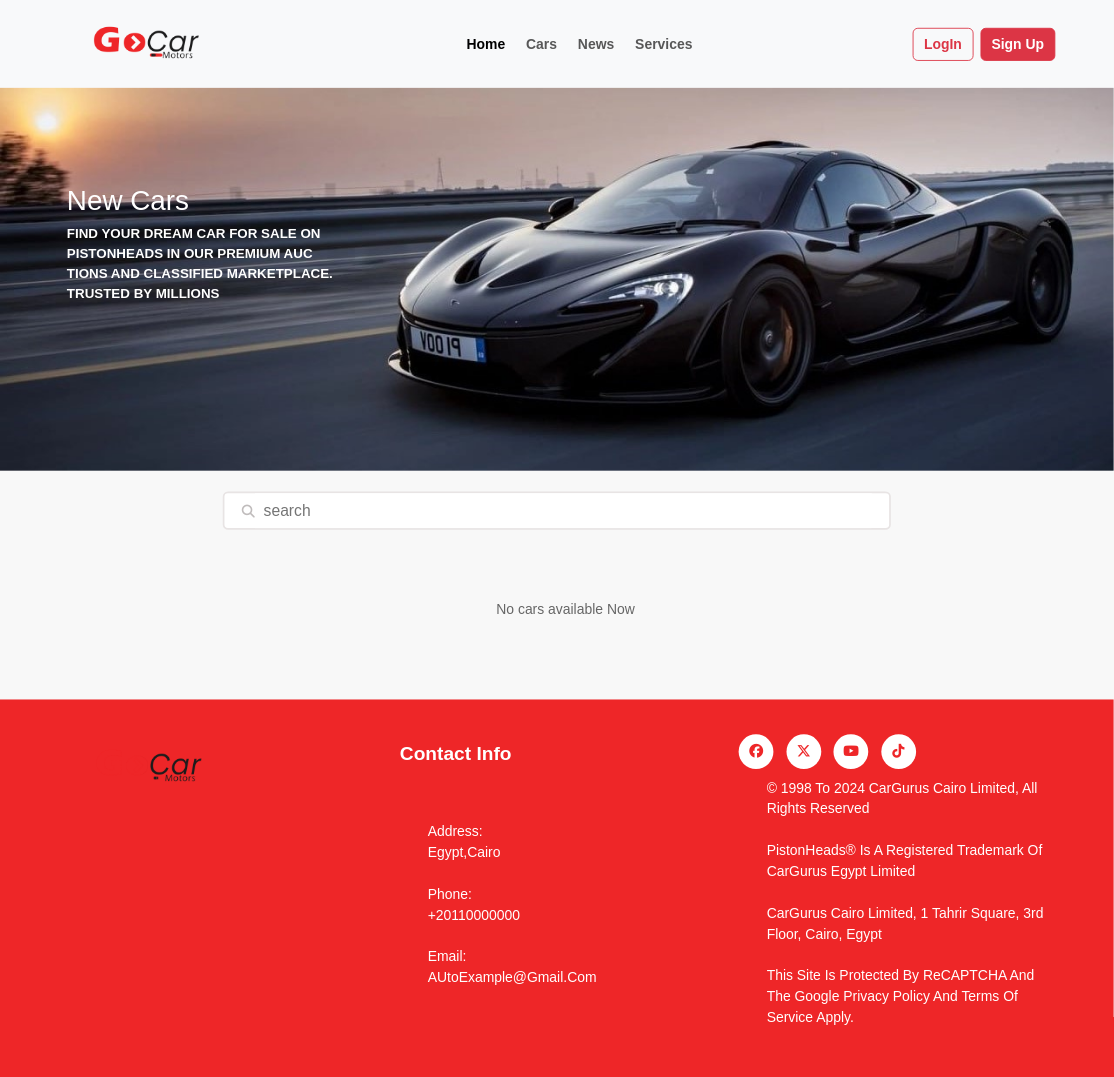
Repository: Salah-Wael/cars
Page: http://localhost/cars
These files come from the project's save history. The page is drawn as it stood at one moment and after a run of saves; the edit follows.
The browser window is 1280 px wide. The pictures show the whole page, at 87% of full size.
Some web fonts or font styles are not loaded; a fallback is used. Some web libraries are served in a nearby version. The page is served by the project's Laravel application, run on PHP 8.4 with Laravel 10. Other server files are loaded and not shown. Queries for data that is not in the repository find no rows.

Above is the page before, as saved 2024-10-14 03:21:03.

### routes/web.php
<?php

use Illuminate\Support\Facades\Route;
use App\Http\Controllers\CarController;
use App\Http\Controllers\TagController;
use App\Http\Controllers\NewsController;
use App\Http\Controllers\ProfileController;
use App\Http\Controllers\CarImagesController;

/*
|--------------------------------------------------------------------------
| Web Routes
|--------------------------------------------------------------------------
|
| Here is where you can register web routes for your application. These
| routes are loaded by the RouteServiceProvider and all of them will
| be assigned to the "web" middleware group. Make something great!
|
*/

Route::get('/', function () {
    return view('dashboard');
})->name('dashboard');

Route::middleware('auth')->group(function () {
    Route::get('/profile', [ProfileController::class, 'edit'])->name('profile.edit');
    Route::patch('/profile', [ProfileController::class, 'update'])->name('profile.update');
    Route::delete('/profile', [ProfileController::class, 'destroy'])->name('profile.destroy');
});

require __DIR__.'/auth.php';

Route::view('/error-404','error.404')->name('error.404');
Route::view('/error-401','error.401')->name('error.401');

Route::view('/services', 'services')->name('services');

Route::prefix('news')->controller(NewsController::class)->group(function () {
    Route::get('/create', 'create')->name('news.create')->middleware('checkrole:admin');
    Route::post('/store', 'store')->name('news.store')->middleware('checkrole:admin');
    Route::get('/{newsId}', 'show')->name('news.show');
    Route::get('/{search?}', 'index')->name('news.index')->middleware('checkrole:admin,user');
    Route::get('/{newsId}/edit', 'edit')->name('news.edit')->middleware('checkrole:admin');
    Route::put('/{newsId}', 'update')->name('news.update')->middleware('checkrole:admin');
    Route::delete('/news/{newsId}/delete', 'delete')->name('news.delete')->middleware('checkrole:admin');
});

Route::controller(CarController::class)->group(function () {
    Route::get('/car/create', 'create')->name('car.create')->middleware('checkrole:admin,user');
    Route::get('/cars', 'index')->name('car.index');
    Route::get('/cars/requests', 'carsRequests')->name('car.table')->middleware('checkrole:admin');

    Route::post('/car/store', 'store')->name('car.store')->middleware('checkrole:admin,user');
    Route::get('/car/{id}', 'show')->name('car.show');
    Route::get('/car/{id}/edit', 'edit')->name('car.edit')->middleware('checkrole:admin,user');
    Route::put('/car/{id}', 'update')->name('car.update')->middleware('checkrole:admin,user');

    Route::get('/car/{id}/archive', 'softDelete')->name('car.soft-delete')->middleware('checkrole:admin');
    Route::delete('/car/{id}/delete', 'forceDelete')->name('car.force-delete')->middleware('checkrole:admin,user');
    Route::get('/car/restore/{id}', 'restore')->name('car.restore')->middleware('checkrole:admin');
    Route::get('/cars/archived', 'getAllArchivedCars')->name('car.archived')->middleware('checkrole:admin');
});

Route::prefix('tags')->controller(TagController::class)->middleware('checkrole:admin')->group(function () {
    Route::get('/create', 'create')->name('tag.create');
    Route::post('/store', 'store')->name('tag.store');
    Route::get('/', 'index')->name('tag.index');
    Route::get('/{tag}/edit', 'edit')->name('tag.edit');
    Route::put('/{tagId}', 'update')->name('tag.update');
    Route::delete('/{tagId}/delete', 'delete')->name('tag.delete');
});

Route::controller(CarImagesController::class)->prefix('/car')->name('car.')->group(function () {
    Route::get('/{carId}/images', 'showCarImages')->name('show.images')->middleware('checkrole:admin,user');
    Route::post('/{carId}/store/images', 'storeImages')->name('store.images')->middleware('checkrole:admin,user');
    Route::delete('/image/{imageId}/delete', 'deleteImage')->name('delete.image')->middleware('checkrole:admin,user');
});

### app/Models/Car.php
<?php

namespace App\Models;

use App\Models\CarImage;
use Illuminate\Database\Eloquent\Model;
use Illuminate\Database\Eloquent\SoftDeletes;
use Illuminate\Database\Eloquent\Factories\HasFactory;

class Car extends Model
{
    use HasFactory, SoftDeletes;

    protected $guarded = [
        'id'
    ];

    public function images()
    {
        return $this->hasMany(CarImage::class, 'car_id', 'id');
    }
}

### resources/views/layouts/app.blade.php
<!DOCTYPE html>
<html lang="en">

<head>
    <meta charset="UTF-8">
    <meta name="viewport" content="width=device-width, initial-scale=1.0">
    <meta http-equiv="X-UA-Compatible" content="ie=edge">
    <!-- CSRF Token -->
    <meta name="csrf-token" content="{{ csrf_token() }}">

    <!-- title -->
    <title>Cars - @yield('title', 'Home')</title>
    <link rel="stylesheet" href="https://cdnjs.cloudflare.com/ajax/libs/font-awesome/6.0.0-beta3/css/all.min.css">
    <link rel="stylesheet" href="https://cdnjs.cloudflare.com/ajax/libs/font-awesome/6.6.0/css/all.min.css">
    <link rel="stylesheet" href="https://cdn.jsdelivr.net/npm/bootstrap@5.3.2/dist/css/bootstrap.min.css"
        integrity="sha384-T3c6CoIi6uLrA9TneNEoa7RxnatzjcDSCmG1MXxSR1GAsXEV/Dwwykc2MPK8M2HN" crossorigin="anonymous">
    <link rel="preconnect" href="https://fonts.googleapis.com">
    <link rel="preconnect" href="https://fonts.gstatic.com" crossorigin>
    <link href="https://fonts.googleapis.com/css2?family=Bai+Jamjuree:ital,wght@1,500&display=swap" rel="stylesheet">
    <link rel="stylesheet" href="{{ asset('assets/css/app.css') }}">

    @yield('css')

</head>

<body>

    <nav class="navbar navbar-expand-lg bg-body-tertiary">
        <div class="container">
            <a class="navbar-brand fw-bold fs-3" href="{{ route('dashboard') }}">
                <img src="{{ asset('assets/img/app/Nav.png') }}" class="nav-logo" alt="">
            </a>
            <button class="navbar-toggler" type="button" data-bs-toggle="collapse"
                data-bs-target="#navbarSupportedContent" aria-controls="navbarSupportedContent" aria-expanded="false"
                aria-label="Toggle navigation">
                <span class="navbar-toggler-icon"></span>
            </button>
            <div class="collapse navbar-collapse justify-content-between" id="navbarSupportedContent">
                <div class="mx-auto">
                    <ul class="navbar-nav mb-2 mb-lg-0">
                        <li class="nav-item">
                            <a class="nav-link active fw-semibold fs-6 ms-2" aria-current="page"
                                href="{{ route('dashboard') }}">Home</a>
                        </li>
                        <!-- Cars (with sub-menu) -->
                        <li class="nav-item dropdown">
                            <a class="nav-link fw-semibold fs-6 ms-2" href="{{ route('car.index') }}">Cars</a> <!-- Direct link -->

                            <ul class="dropdown-menu" aria-labelledby="navbarDropdown">
                                <li><a class="dropdown-item" href="{{ route('car.index') }}">All Cars</a></li>
                                <li><a class="dropdown-item" href="{{ route('car.create') }}">Sell your Car</a></li>
                                @if (auth()->check() && auth()->user()->role == 'admin')
                                    <li><a class="dropdown-item" href="{{ route('car.table') }}">Cars Table</a></li>
                                    <li><a class="dropdown-item" href="{{ route('car.archived') }}">Archived Cars</a></li>
                                @endif
                            </ul>
                        </li>
                        <!-- News (with sub-menu) -->
                        <li class="nav-item dropdown">
                            <a class="nav-link fw-semibold fs-6 ms-2" href="{{ route('news.index') }}">News</a>

                            @if (auth()->check() && auth()->user()->role == 'admin')
                                <ul class="dropdown-menu" aria-labelledby="navbarDropdown">
                                    <li><a class="dropdown-item" href="{{ route('news.create') }}">Create new news</a></li>
                                </ul>
                            @endif
                        </li>
                        <!-- Tags (with sub-menu) -->
                        @if (auth()->check() && auth()->user()->role == 'admin')
                            <li class="nav-item dropdown">
                                <a class="nav-link fw-semibold fs-6 ms-2" href="{{ route('tag.index') }}">Tags</a>

                                <ul class="dropdown-menu" aria-labelledby="navbarDropdown">
                                    <li><a class="dropdown-item" href="{{ route('tag.create') }}">Create new tag</a></li>
                                </ul>
                            </li>
                        @endif
                        <li class="nav-item">
                            <a class="nav-link fw-semibold fs-6 ms-2" href="{{ route('services') }}">Services</a>
                        </li>
                    </ul>
                </div>
                <!-- Right aligned Log In and Sign Up buttons -->
                <ul class="navbar-nav mb-lg-0">
                    @guest


                        @if (Route::has('login'))
                            <li class="nav-item">
                                <a class="btn btn-outline-danger fw-semibold fs-6 ms-2" href="{{ route('login') }}">LogIn</a>
                            </li>
                        @endif
                        @if (Route::has('register'))
                            <li class="nav-item">
                                <a class="btn btn-danger fw-semibold fs-6 ms-2" href="{{ route('register') }}">Sign Up</a>
                            </li>
                        @endif
                    @else
                        <li>
                            <a href="#" {{ Auth::user()->name }} </a>
                        </li>
                        <li class="nav-item">
                            <a class="btn btn-danger fw-semibold fs-6 ms-2"
                                href="{{ route('logout') }}"
                                onclick="event.preventDefault();
                                        document.getElementById('logout-form').submit();">
                                {{ __('Logout') }}
                            </a>
                            <form id="logout-form" action="{{ route('logout') }}" method="POST" class="d-none">
                                @csrf
                            </form>
                        </li>
                    @endguest
                </ul>
            </div>
        </div>
    </nav>



    @section('content')
        <section class="who_us">
            <div class="container">
                <div class="row">
                    <div class="high col-md-6">
                        <p class="high_text_lg">High Performance Cars
                            in your hands</p>
                        <p class="high_lorem">Lorem ipsum dolor sit amet consectetur.
                            Commodo ut tincidunt tincidunt purus
                            aenean curabitur. Eget ipsum vitae in
                            aliquam turpis facilisi. Vestibulum

                        </p>
                        <button onclick="window.location.href='{{ route('car.index') }}'" class="high_btn">Buy Now</button>
                    </div>
                    <div class="high_image col-md-6">
                        <img class="high_img" src="{{ asset('assets/img/app/wallpaperflare.com_wallpaper (2).jpg') }}" alt="">
                    </div>
                </div>
            </div>

        </section>
        <section class="offer mt-3">
            <div class="offer_for_you container text-center">
                <p style="color: #EE2628;">
                    OUR BENEFITS
                </p>
                <h1>WHAT WE OFFER FOR YOU</h1>
                <p style="color:  #6C6C6C;">"We offer everything you need to find the perfect car, with competitive prices
                    and exceptional services."</p>
            </div>
        </section>
        <section class="car mt-3">
            <div class="container">
                <div class="row">
                    <div class="car_img col-md-3">
                        <div class="car_content">
                            <img src="{{ asset('assets/img/app/1.jpeg') }}" alt="Trusted Quality">
                            <div class="overlay_text">Trusted Quality</div>
                        </div>
                    </div>
                    <div class="car_img col-md-3">
                        <div class="car_content">
                            <img src="{{ asset('assets/img/app/2.jpeg') }}" alt="Flexible Payments">
                            <div class="overlay_text">Flexible Payments</div>
                        </div>
                    </div>
                    <div class="car_img col-md-3">
                        <div class="car_content">
                            <img src="{{ asset('assets/img/app/3.jpeg') }}" alt="Expert Maintenance">
                            <div class="overlay_text">Expert Maintenance</div>
                        </div>
                    </div>
                    <div class="car_img col-md-3">
                        <div class="car_content">
                            <img src="{{ asset('assets/img/app/4.jpeg') }}" alt="Trade-In Offers">
                            <div class="overlay_text">Trade-In Offers</div>
                        </div>
                    </div>
                </div>
            </div>
        </section>



        <section class="new_car mt-5">
            <div class="title text-center">
                <h2><a href="{{ route('car.index') }}" style="">Cars</a></h2>
                <div class="border"></div>
            </div>

            <div class="container mt-3">
                <div class="row">
                    <div class="new_car_car col-md-4">
                        <div class="car_card">
                            <img src="{{ asset('assets/img/news/5.webp') }}" alt="2024 Chevrolet Camaro ILT Convertible">
                            <div class="car_details">
                                <h4>2024 Chevrolet Camaro ILT Convertible</h4>
                                <p><strong>Exterior:</strong> Black</p>
                                <p><strong>Engine:</strong> 5.7L V-8 Gas V</p>
                                <p><strong>Fuel Type:</strong> Gas</p>
                                <div class="car_status">Used</div>
                            </div>
                        </div>
                    </div>
                    <div class="new_car_car col-md-4">
                        <div class="car_card">
                            <img src="{{ asset('assets/img/news/6.webp') }}" alt="2023 Dodge Challenger R/T RWD">
                            <div class="car_details">
                                <h4>2023 Dodge Challenger R/T RWD</h4>
                                <p><strong>Exterior:</strong> Triple Nickel Clearcoat</p>
                                <p><strong>Engine:</strong> 5.7L V-8 Gas V</p>
                                <p><strong>Fuel Type:</strong> Gas</p>
                                <div class="car_status">Used</div>
                            </div>
                        </div>
                    </div>
                    <div class="new_car_car col-md-4">
                        <div class="car_card">
                            <img src="{{ asset('assets/img/news/7.webp') }}" alt="2024 Ram 2500 Tradesman">
                            <div class="car_details">
                                <h4>2024 Ram 2500 Tradesman</h4>
                                <p><strong>Exterior:</strong> Black</p>
                                <p><strong>Engine:</strong> 6.4L V-8 Gas V</p>
                                <p><strong>Fuel Type:</strong> Gas</p>
                                <div class="car_status">Used</div>
                            </div>
                        </div>
                    </div>
                </div>
            </div>
        </section>

        <section class="new_car mt-5">
            <div class="title text-center">
                <h2><a href="{{ route('news.index') }}" style="">News Cars</a></h2>
                <div class="border"></div>
            </div>

            <div class="container mt-3">
                <div class="row">
                    <div class="new_car_car col-md-4">
                        <div class="car_card">
                            <img src="{{ asset('assets/img/news/1.webp') }}" alt="2024 Chevrolet Camaro ILT Convertible">
                            <div class="car_details">
                                <h4>2024 Chevrolet Camaro ILT Convertible</h4>
                                <p><strong>Exterior:</strong> Black</p>
                                <p><strong>Engine:</strong> 5.7L V-8 Gas V</p>
                                <p><strong>Fuel Type:</strong> Gas</p>
                                <div class="car_status">NEW</div>
                            </div>
                        </div>
                    </div>
                    <div class="new_car_car col-md-4">
                        <div class="car_card">
                            <img src="{{ asset('assets/img/news/2.webp') }}" alt="2023 Dodge Challenger R/T RWD">
                            <div class="car_details">
                                <h4>2023 Dodge Challenger R/T RWD</h4>
                                <p><strong>Exterior:</strong> Triple Nickel Clearcoat</p>
                                <p><strong>Engine:</strong> 5.7L V-8 Gas V</p>
                                <p><strong>Fuel Type:</strong> Gas</p>
                                <div class="car_status">NEW</div>
                            </div>
                        </div>
                    </div>
                    <div class="new_car_car col-md-4">
                        <div class="car_card">
                            <img src="{{ asset('assets/img/news/3.webp') }}" alt="2024 Ram 2500 Tradesman">
                            <div class="car_details">
                                <h4>2024 Ram 2500 Tradesman</h4>
                                <p><strong>Exterior:</strong> Black</p>
                                <p><strong>Engine:</strong> 6.4L V-8 Gas V</p>
                                <p><strong>Fuel Type:</strong> Gas</p>
                                <div class="car_status">NEW</div>
                            </div>
                        </div>
                    </div>
                </div>
            </div>
        </section>

        <section class="feedback mt-5 ">
            <div class="title ms-5">
                <h1>What people are saying about us</h1>
                <div class="border1"></div>
            </div>
            <div class="container">
                <div class="row justify-content-center">
                    <div class="testimonial-card">
                        <span class="testimonial-icon">🌟🌟🌟🌟</span>
                        <h3 class="testimonial-title">Great selection of cars.</h3>
                        <p class="testimonial-text">The website helped me find my dream car!</p>
                        <p class="testimonial-date">10 September 2024</p>
                    </div>
                    <div class="testimonial-card">
                        <span class="testimonial-icon">🌟</span>
                        <h3 class="testimonial-title">Great selection of cars.</h3>
                        <p class="testimonial-text">The website helped me find my dream car!</p>
                        <p class="testimonial-date">10 September 2024</p>
                    </div>
                    <div class="testimonial-card">
                        <span class="testimonial-icon">🌟</span>
                        <h3 class="testimonial-title">Great selection of cars.</h3>
                        <p class="testimonial-text">The website helped me find my dream car!</p>
                        <p class="testimonial-date">10 September 2024</p>
                    </div>

                </div>
            </div>
        </section>
    @show

    <footer class="footer">
        <div class="container">
            <div class="row">

                <div class="footer-col">
                    <img src="{{ asset('assets/img/app/Nav.png') }}" class="nav-logo" alt="">

                </div>

                <div class="footer-col">
                    <h3>Contact Info</h3>
                    <br>
                    <ul>
                        <li><a href="#"> Address: <br><span> Egypt,Cairo</span></a></li><br>
                        <li><a href="#"> Phone: <br><span>+20110000000</span></a></li><br>
                        <li><a href="#"> Email: <br><span>AUtoExample@gmail.com</span></a></li>
                    </ul>

                </div>

                <div class="footer-col">
                    <diV class="social-links">
                        <a href="#"><i class="fa-brands fa-facebook"></i></a>
                        <a href="#"><i class="fa-brands fa-x-twitter"></i></a>
                        <a href="#"><i class="fa-brands fa-youtube"></i></a>
                        <a href="#"><i class="fa-brands fa-tiktok"></i></a>
                    </diV>

                    <ul>
                        <li><a href="#">© 1998 to 2024 CarGurus Cairo Limited, All Rights Reserved</a></li><br>
                        <li><a href="#">PistonHeads® is a registered trademark of CarGurus Egypt Limited</a></li>
                        <br>
                        <li><a href="#">CarGurus Cairo Limited, 1 Tahrir Square, 3rd Floor, Cairo, Egypt</a></li>
                        <br>
                        <li><a href="#">This site is protected by reCAPTCHA and the Google Privacy Policy and
                                Terms of Service apply.</a></li>
                    </ul>

                </div>

            </div>
        </div>
    </footer>

    <script src="https://cdn.jsdelivr.net/npm/bootstrap@5.3.2/dist/js/bootstrap.min.js"
        integrity="sha384-BBtl+eGJRgqQAUMxJ7pMwbEyER4l1g+O15P+16Ep7Q9Q+zqX6gSbd85u4mG4QzX+" crossorigin="anonymous">
    </script>
    @yield('script')
</body>

</html>

Loaded but not shown: routes/auth.php (common file); app/Http/Controllers/Auth/EmailVerificationPromptController.php (common file); app/Http/Controllers/Controller.php (common file); app/Http/Controllers/Auth/VerifyEmailController.php (common file); app/Http/Controllers/CarController.php (202 lines, source omitted); public/assets/css/app.css (310 lines, source omitted); public/assets/css/car/index.css (171 lines, source omitted); resources/views/car/index.blade.php (67 lines, source omitted)

After the next 3 saves:
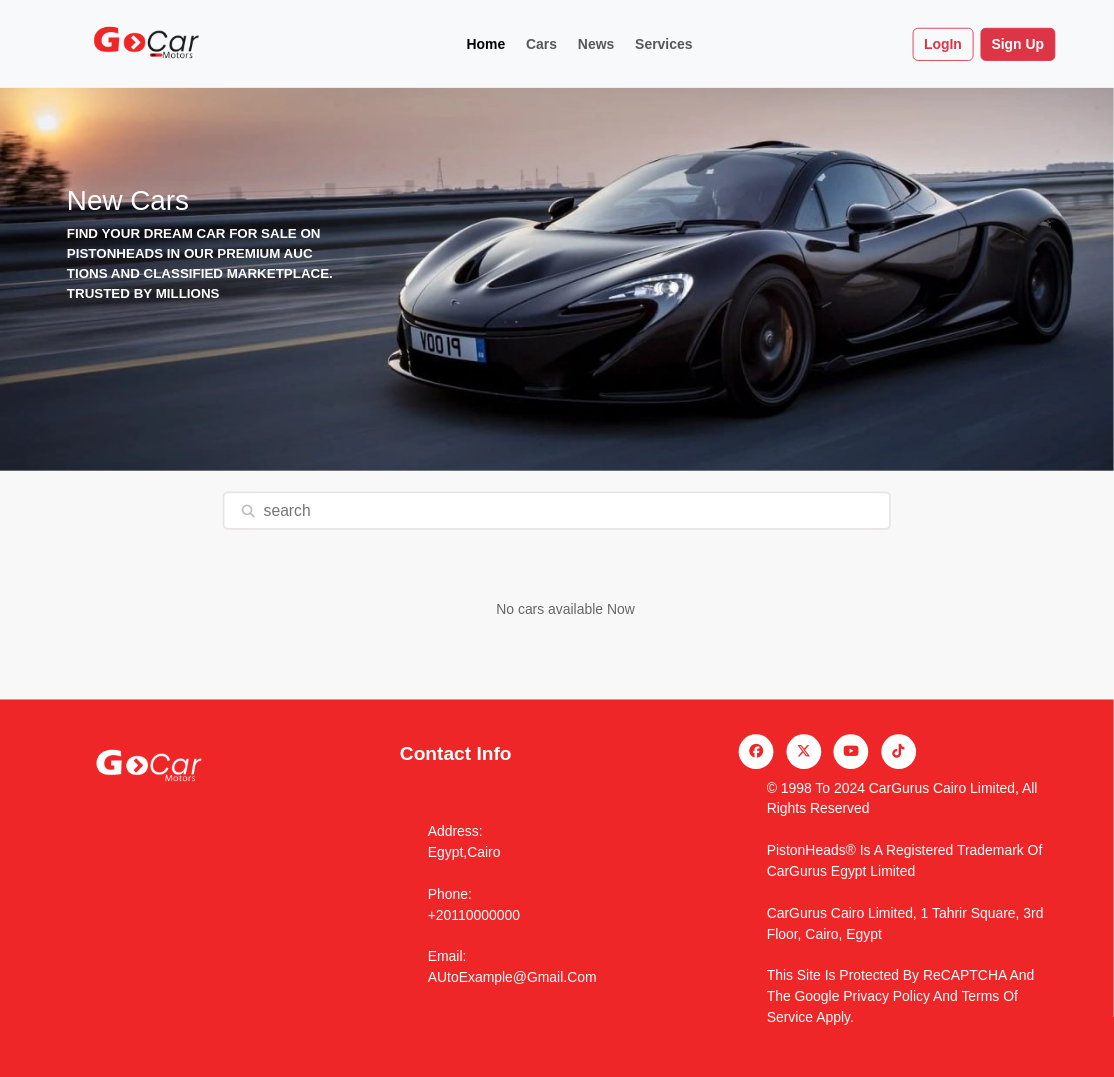
The 3 saves are shown as one change because they came seconds apart.
The last was saved 10 s later.
--- a/resources/views/layouts/app.blade.php
+++ b/resources/views/layouts/app.blade.php
@@ -315,8 +315,7 @@
             <div class="row">
 
                 <div class="footer-col">
-                    <img src="{{ asset('assets/img/app/Nav.png') }}" class="nav-logo" alt="">
-
+                    <img src="{{ asset('assets/img/app/Footer.png') }}" class="nav-logo" alt="">
                 </div>
 
                 <div class="footer-col">
